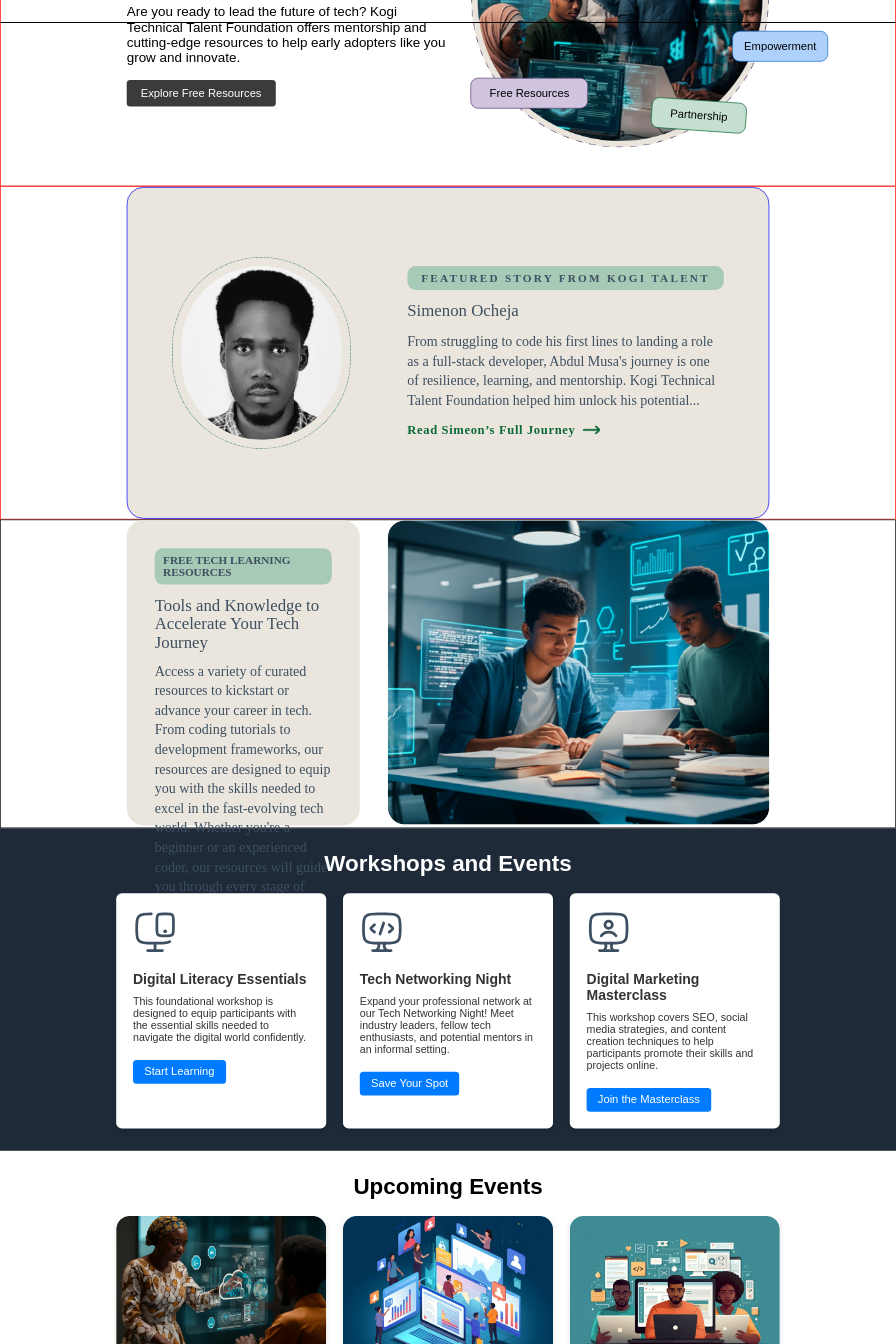
Repository: Cryptim/3MTT-Kogi-Foundation
Page: index.html
These files come from the project's save history. The page is drawn as it stood at one moment and after a run of saves; the edit follows.
The browser window is 1280 px wide. The pictures show the part of the page from y = 333 to 2253 px (the page is 7184 px tall), at 70% of full size.

Above is the page before, as saved 2024-11-15 02:31:44.

### index.html
<!DOCTYPE html>
<html lang="en">
  <head>
    <meta charset="UTF-8" />
    <meta name="viewport" content="width=device-width, initial-scale=1.0" />
    <title>Three Million Technical Talent Foundation</title>
    <link rel="stylesheet" href="stlyes/style.css" />
  </head>
  <body>
    <header class="header">
      <div class="logo">
        <img src="assets/images/logo.png" alt="Foundation Logo" />
      </div>
      <nav class="nav">
        <a href="#">Workshops & Events</a>
        <a href="#">Resources/Pathways</a>
        <a href="#">Volunteer</a>
        <a href="#">Contact Us</a>
      </nav>
      <div class="donate-button">
        <button>Donate</button>
      </div>
    </header>
    <!-- Hero sections -->
    <div class="padding hero-section">
      <div class="text-container">
        <h1>Empowering Kogi's Brightest Minds for a Future in Tech</h1>
        <p>
          Are you ready to lead the future of tech? Kogi Technical Talent
          Foundation offers mentorship and cutting-edge resources to help early
          adopters like you grow and innovate.
        </p>
        <div class="explore-button">
          <button>Explore Free Resources</button>
        </div>
      </div>
      <div class="image-container">
        <img
          src="assets/images/Frame 5.png"
          alt="Team working with technology"
        />
        <div class="tag tag-collaborations">Collaborations</div>
        <div class="tag tag-volunteerism">Volunteerism</div>
        <div class="tag tag-mentorship">Mentorship</div>
        <div class="tag tag-empowerment">Empowerment</div>
        <div class="tag tag-free-resources">Free Resources</div>
        <div class="tag tag-partnership">Partnership</div>
      </div>
    </div>
    <!-- Featured Story Section -->
    <div class="padding featuredStoryContainer">
      <div class="featuredStory"
      >
        <div  class="featuredStoryDottedImageLine"
        >
          <img class="featuredStoryImage"
            src="assets/images/Simeon ocheja 1.png"
            alt="Simenon Ocheja"
          />
        </div>
        <div
          style="width: 589px; display: flex; flex-direction: column; gap: 16px"
        >
          <div class="featuredStoryTextContainer"

          >
            <span class="featuredStoryText"

              >Featured Story from Kogi talent</span
            >
          </div>
          <h2 class="featuredStoryName"
          >
            Simenon Ocheja
          </h2>
          <p class="featuredStoryParagraph"
          >
            From struggling to code his first lines to landing a role as a
            full-stack developer, Abdul Musa's journey is one of resilience,
            learning, and mentorship. Kogi Technical Talent Foundation helped
            him unlock his potential...
          </p>
          <div  class="featuredStoryMore">
            <span class="morefeatured"
              >Read Simeon’s Full Journey</span
            >
        <img src="./assets/images/icons/arrow-right-02.png" alt="arrow-right-02">
            </div>
          </div>
        </div>
      </div>
    </div>
    <!-- Free Tech Learning Resources Section -->
    <div  class="freeTechSection"  style="display: flex; gap: 40px ;border: 1px solid black; padding: 0 180px;">
      <div
        style="flex: 1; padding: 40px; background: #eae6dd; border-radius: 24px;width: 568px;height: 436px; "
      >
        <div
          style="
            padding: 8px 12px;
            background: #a7cab7;
            border-radius: 12px;
            display: inline-block;
          "
        >
          <span
            style="
              color: #3d4f60;
              font-size: 16px;
              font-family: Cascadia Code;
              font-weight: 600;
              text-transform: uppercase;
            "
            >Free Tech Learning Resources</span
          >
        </div>
        <h3
          style="
            color: #3d4f60;
            font-size: 24px;
            font-family: Cascadia Code;
            font-weight: 400;
            margin-top: 16px;
          "
        >
          Tools and Knowledge to Accelerate Your Tech Journey
        </h3>
        <p
          style="
            color: #3d4f60;
            font-size: 20px;
            font-family: Cascadia Code;
            font-weight: 300;
            line-height: 1.4;
            margin-top: 12px;
          "
        >
          Access a variety of curated resources to kickstart or advance your
          career in tech. From coding tutorials to development frameworks, our
          resources are designed to equip you with the skills needed to excel in
          the fast-evolving tech world. Whether you're a beginner or an
          experienced coder, our resources will guide you through every stage of
          your journey.
        </p>
        <a
          href="#"
          style="
            color: #0c6a38;
            font-size: 18px;
            font-family: Cascadia Code;
            font-weight: 700;
            display: inline-block;
            margin-top: 20px;
          "
          >Access Free Resources</a
        >
      </div>
      <div style="flex: 1">
        <img
          style="width: 545px;height: 435px; border-radius: 24px"
          src="assets/images/Resources image 1.png"
          alt="Tech Journey"
        />
      </div>
    </div>
    <!-- workshop section -->
    <section class="workshops-section">
      <h2>Workshops and Events</h2>
      <div class="workshops-container">
        <div class="workshop-card">
          <div class="icon">
            <img
              src="assets/images/computer-phone-sync.svg"
              alt="Digital Literacy Icon"
            />
          </div>
          <h3>Digital Literacy Essentials</h3>
          <p>
            This foundational workshop is designed to equip participants with
            the essential skills needed to navigate the digital world
            confidently.
          </p>
          <button>Start Learning</button>
        </div>
        <div class="workshop-card">
          <div class="icon">
            <img
              src="assets/images/computer-programming-01.svg"
              alt="Networking Icon"
            />
          </div>
          <h3>Tech Networking Night</h3>
          <p>
            Expand your professional network at our Tech Networking Night! Meet
            industry leaders, fellow tech enthusiasts, and potential mentors in
            an informal setting.
          </p>
          <button>Save Your Spot</button>
        </div>
        <div class="workshop-card">
          <div class="icon">
            <img
              src="assets/images/computer-video-call.svg"
              alt="Marketing Icon"
            />
          </div>
          <h3>Digital Marketing Masterclass</h3>
          <p>
            This workshop covers SEO, social media strategies, and content
            creation techniques to help participants promote their skills and
            projects online.
          </p>
          <button>Join the Masterclass</button>
        </div>
      </div>
    </section>
    <!--  Event section-->
    <section class="events-section">
      <h2>Upcoming Events</h2>
      <div class="events-container">
        <div class="event-card">
          <img
            src="assets/images/cloud-african 1.png"
            alt="Cloud Computing Workshop"
          />
          <h3>Getting Started with Cloud Computing: A Beginner's Guide</h3>
          <p>
            This introductory workshop will guide you through the fundamentals
            of cloud computing.
          </p>
          <div class="event-info">
            <span class="event-date"
              ><img
                src="assets/images/calendar-01.svg"
                alt="Calendar Icon"
                class="icon"
              />
              December 5, 2024</span
            >
            <span class="event-time"
              ><img
                src="assets/images/alarm-clock.svg"
                alt="Clock Icon"
                class="icon"
              />
              10:00 AM - 12:00 PM</span
            >
          </div>
        </div>
        <div class="event-card">
          <img
            src="assets/images/digital marketing.png"
            alt="Social Media for Entrepreneurs"
          />
          <h3>Mastering Social Media for Digital Entrepreneurs</h3>
          <p>
            Discover content creation strategies, audience engagement
            techniques, and more.
          </p>
          <div class="event-info">
            <span class="event-date"
              ><img
                src="assets/images/calendar-01.svg"
                alt="Calendar Icon"
                class="icon"
              />
              December 5, 2024</span
            >
            <span class="event-time"
              ><img
                src="assets/images/alarm-clock.svg"
                alt="Clock Icon"
                class="icon"
              />
              10:00 AM - 12:00 PM</span
            >
          </div>
        </div>
        <div class="event-card">
          <img
            src="assets/images/python.png"
            alt="Python Programming Workshop"
          />
          <h3>Intro to Python Programming: Building Your First App</h3>
          <p>
            This online workshop is perfect for beginners looking to learn
            Python programming.
          </p>
          <div class="event-info">
            <span class="event-date"
              ><img
                src="assets/images/calendar-01.svg"
                alt="Calendar Icon"
                class="icon"
              />
              December 5, 2024</span
            >
            <span class="event-time"
              ><img
                src="assets/images/alarm-clock.svg"
                alt="Clock Icon"
                class="icon"
              />
              10:00 AM - 12:00 PM</span
            >
          </div>
        </div>
      </div>
    </section>
    <!-- Mentor section -->
    <section class="mentors-section">
      <h2>Meet Our Mentors and Contributors</h2>
      <p>
        Meet Our MAt the heart of the Kogi Technical Talent Foundation is a
        dedicated team of mentors and contributors who are passionate about
        sharing their knowledge and expertise. Our mentors come from diverse
        backgrounds in technology, entrepreneurship, and innovation, providing
        invaluable guidance to help you navigate your career journey. Whether
        you're looking to enhance your coding skills, explore new fields like
        digital marketing, or get advice on launching your own tech startup, our
        mentors are here to support you.
      </p>
      <a href="#" class="explore-link">Explore Our Mentor’s Profile →</a>
      <div class="mentors-container">
        <div class="mentor-card">
          <img src="assets/images/Frame 19.png" alt="Omachoko Arome" />
          <h3>Omachoko Arome</h3>
        </div>
        <div class="mentor-card">
          <img src="assets/images/Frame 20.png" alt="Marian Musa" />
          <h3>Marian Musa</h3>
        </div>
        <div class="mentor-card">
          <img src="assets/images/Frame 21.png" alt="Ismaila Omeiza" />
          <h3>Ismaila Omeiza</h3>
        </div>
        <div class="mentor-card">
          <img src="assets/images/Frame 22.png" alt="Timothy Ignatius" />
          <h3>Timothy Ignatius</h3>
        </div>
      </div>
    </section>
    <!-- Footer -->
    <section>
      <div class="Partners">
        <div class="OurPartners">Our Partners</div>
        <div class="Frame23">
          <div class="NitdaLogo">
            <img
              class="NitdaLogoNewest1RemovebgPreview"
              style="width: 232.86px; height: 113.82px"
              src="https://via.placeholder.com/233x114"
            />
          </div>
          <div class="NitdaLogo">
            <img
              class="MttRemovebgPreview"
              style="width: 232.86px; height: 113.82px"
              src="https://via.placeholder.com/233x114"
            />
          </div>
          <div class="NitdaLogo">
            <img
              class="KogiLogo"
              style="width: 232.86px; height: 113.82px"
              src="https://via.placeholder.com/233x114"
            />
          </div>
          <div class="NitdaLogo">
            <img
              class="MistLogoRemovebgPreview"
              style="width: 232.86px; height: 113.82px"
              src="https://via.placeholder.com/233x114"
            />
          </div>
        </div>
      </div>

      <div class="Footer">
        <div class="Frame24">
          <img class="KogiLogo1" src="https://via.placeholder.com/78x78" />
          <div class="EmpoweringKogiSBrightestMindsForAFutureInTech">
            Empowering Kogi's Brightest Minds for a Future in Tech
          </div>
        </div>

        <div class="NavigataionMenu">
          <div class="Workshops">
            <div class="QuickLinks">Quick Links</div>
          </div>
          <div class="Workshops">
            <div class="WorkshopsEvents">Workshops & Events</div>
          </div>
          <div class="Resources">
            <div class="ResourcesPathways">Resources/Pathways</div>
          </div>
          <div class="Volunteer">
            <div>Volunteer</div>
          </div>
          <div class="ContactUs">
            <div>Contact Us</div>
          </div>
        </div>

        <div class="Frame25">
          <div class="Donate">
            <div>Donate Now</div>
          </div>
          <div class="ContactUs">
            <div class="ConnectWithUs">Connect with Us</div>
          </div>
          <div class="Frame26">
            <div class="Facebook02">
              <div class="Vector"></div>
            </div>
            <div class="NewTwitter">
              <div class="Vector"></div>
            </div>
            <div class="Linkedin02">
              <div class="Vector"></div>
              <div class="Vector"></div>
              <div class="Vector"></div>
            </div>
            <div class="Instagram">
              <div class="Vector"></div>
              <div class="Vector"></div>
              <div class="Vector"></div>
            </div>
          </div>
        </div>
      </div>

      <div class="Frame27">
        <div
          class="AllRightsReserved3mttFellowBiweeklyBuildWithAFellowChallenge2024"
        >
          All rights reserved 3MTT Fellow Biweekly Build With a Fellow Challenge
          ©2024
        </div>
      </div>
    </section>
  </body>
</html>

Loaded but not shown: stlyes/style.css (819 lines, source omitted)

After the next 2 saves:
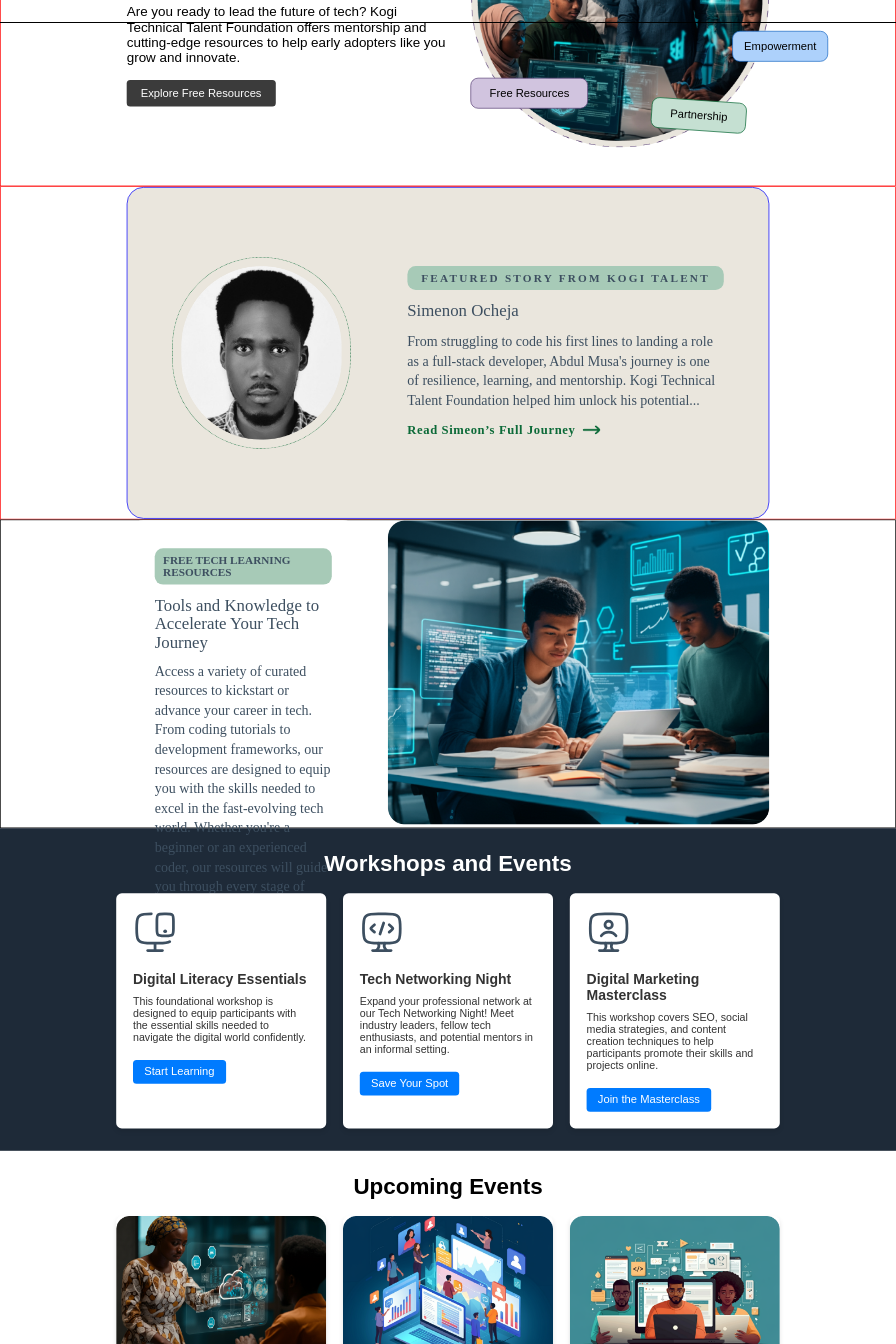
The 2 saves are shown as one change because they came seconds apart.
The last was saved 30 s later.
--- a/index.html
+++ b/index.html
@@ -93,7 +93,7 @@
     <!-- Free Tech Learning Resources Section -->
     <div  class="freeTechSection"  style="display: flex; gap: 40px ;border: 1px solid black; padding: 0 180px;">
       <div
-        style="flex: 1; padding: 40px; background: #eae6dd; border-radius: 24px;width: 568px;height: 436px; "
+        style="flex: 1; padding: 40px; background: #fff; border-radius: 24px;width: 568px;height: 436px; "
       >
         <div
           style="
